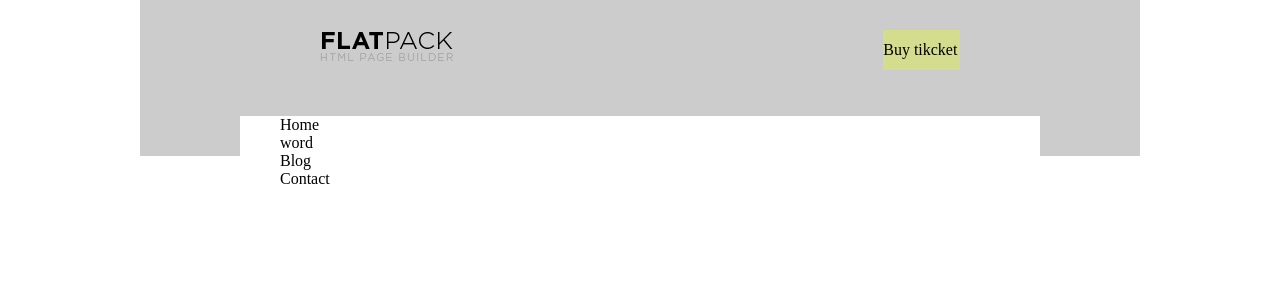
Repository: duyancol/project-ltw-nhom13
Page: page b/index.html
These files come from the project's save history. The page is drawn as it stood at one moment and after the next save; the edit follows.
The browser window is 1280 px wide. The pictures show the whole page.
Some web fonts or font styles are not loaded; a fallback is used.

Above is the page before, as saved 2021-10-18 08:45:56.

After the next save:
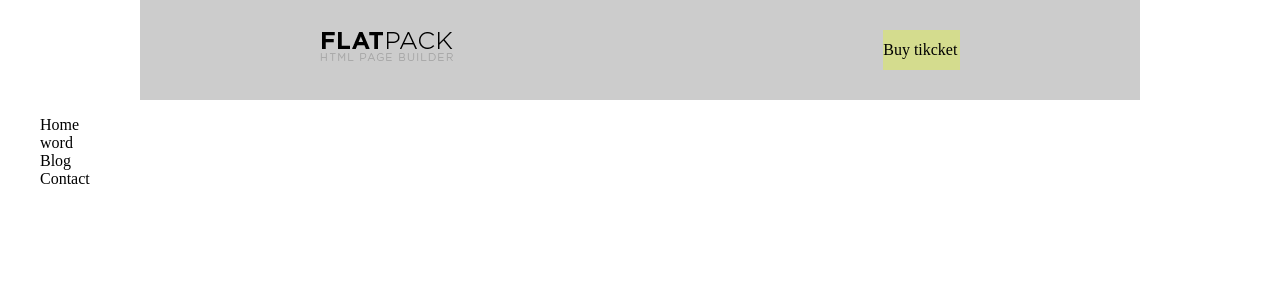
Saved 3 min 11 s later.
--- a/page b/index.html
+++ b/page b/index.html
@@ -20,22 +20,22 @@
                    <div class="buyticket">Buy tikcket</div>
                </div>
             </div>
-          <div class="navigation">
-              <ul>
-                  <li>Home</li>
-                  <li> word</li>
-                  <li>Blog</li>
-                  <li>Contact</li>
-              </ul>
-              <ul>
-                  <li><i class="ti-facebook"></i></li>
-                  <li><i class="ti-twitter"></i></li>
-                  <li><i class="ti-instagram"></i></li>
-              </ul>
-          </div>
+
         </div>
     </div>
-
+    <div class="navigation">
+        <ul>
+            <li>Home</li>
+            <li> word</li>
+            <li>Blog</li>
+            <li>Contact</li>
+        </ul>
+        <ul>
+            <li><i class="ti-facebook"></i></li>
+            <li><i class="ti-twitter"></i></li>
+            <li><i class="ti-instagram"></i></li>
+        </ul>
+    </div>
 
 </body>
 </html>
